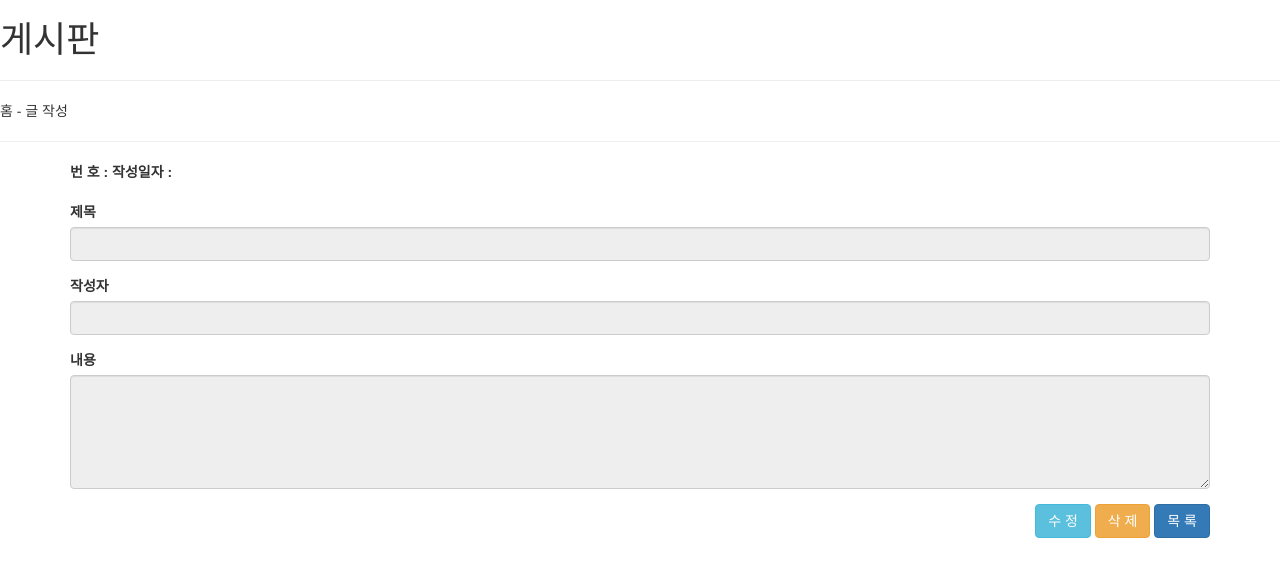
Repository: assa1092/MoonTest
Page: http://localhost/testBoard/WEB-INF/views/board/readView.jsp
These files come from the project's save history. The page is drawn as it stood at one moment and after the next save; the edit follows.
The browser window is 1280 px wide. The pictures show the whole page.
The page is served by Tomcat 9. Nobody is signed in. The template is opened directly, without the code that normally fills it, so the values that code supplies are empty.

Above is the page before, as saved 2020-12-17 02:06:03.

After the next save:
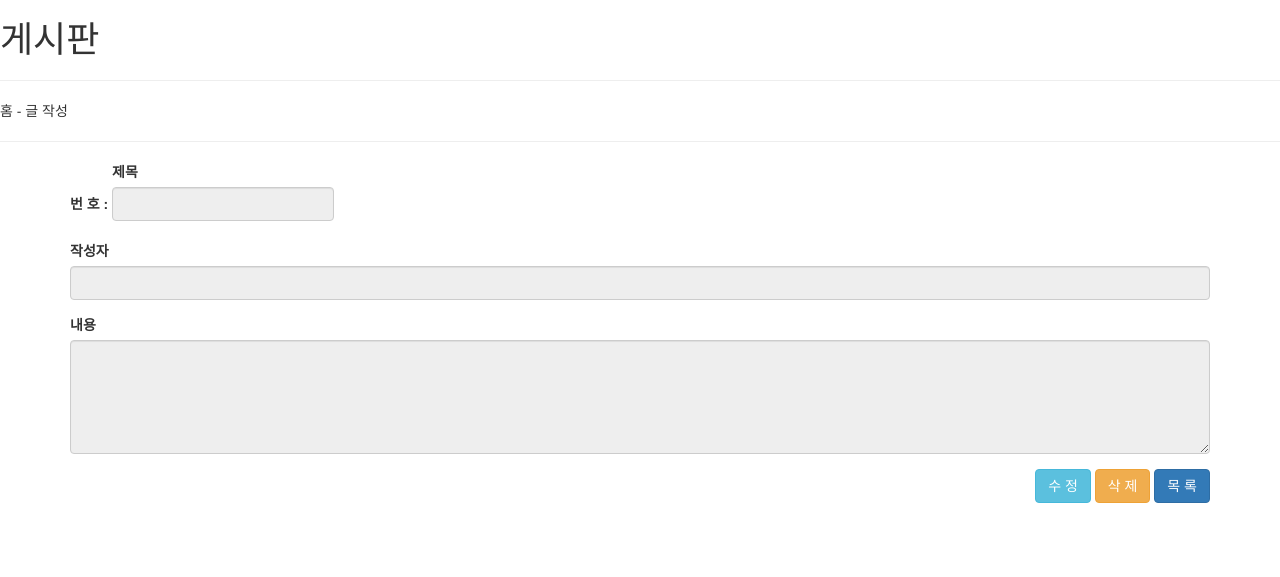
Saved 4 min 31 s later.
--- a/testBoard/src/main/webapp/WEB-INF/views/board/readView.jsp
+++ b/testBoard/src/main/webapp/WEB-INF/views/board/readView.jsp
@@ -65,7 +65,7 @@
 					<label for="bno">번 호 : ${read.bno}</label>
 						<%-- <input name="bno" id="bno" class="form-control" readonly  value="${read.bno }"> --%>
 
-					<label for="regdate" align="right">작성일자 : </label>
+					<label for="regdate" align="right>작성일자 : </label>
 						<fmt:formatDate value="${read.regdate}" pattern="yyyy-MM-dd"/>
 						<%-- <input name="regdate" id="regdate" class="form-control" readonly  value="${read.regdate }"> --%>
 

After the save that followed:
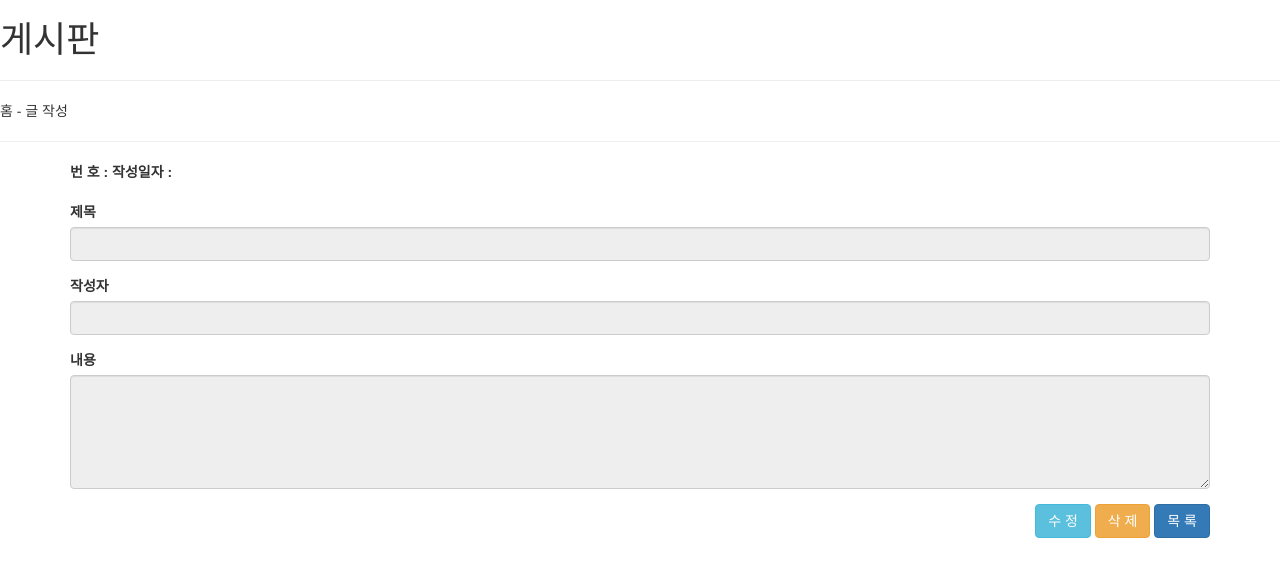
Saved 15 s later.
--- a/testBoard/src/main/webapp/WEB-INF/views/board/readView.jsp
+++ b/testBoard/src/main/webapp/WEB-INF/views/board/readView.jsp
@@ -65,7 +65,7 @@
 					<label for="bno">번 호 : ${read.bno}</label>
 						<%-- <input name="bno" id="bno" class="form-control" readonly  value="${read.bno }"> --%>
 
-					<label for="regdate" align="right>작성일자 : </label>
+					<label for="regdate" >작성일자 : </label>
 						<fmt:formatDate value="${read.regdate}" pattern="yyyy-MM-dd"/>
 						<%-- <input name="regdate" id="regdate" class="form-control" readonly  value="${read.regdate }"> --%>
 
